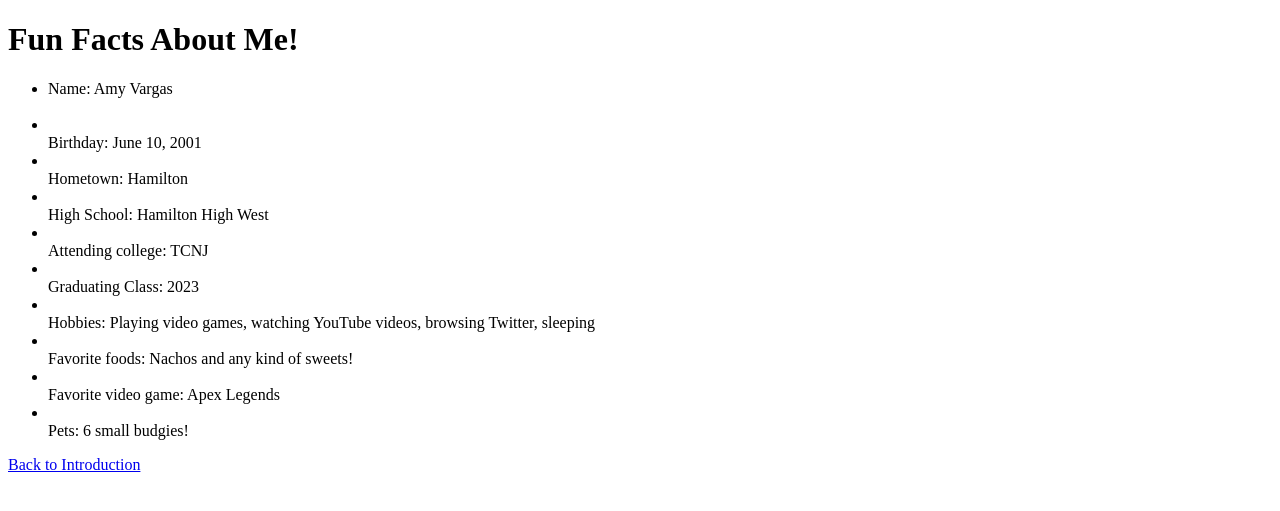
Repository: A-Vargas-GP/imm_my_website
Page: personal_site/personal/personal_facts.html
The author's editor kept a record of every edit. The page is drawn from the files as they stood at one moment, then again after the next edit.
The browser window is 1280 px wide. The pictures show the whole page.

Above is the page before.

### personal_site/personal/personal_facts.html
<!DOCTYPE html>
<html>
    <head> <meta charset = "utf-8">
        <title> All about Me! </title>
    </head>

    <body>
        <h1> Fun Facts About Me! </h1>

            <ul>
                <li> Name: Amy Vargas </li>
                </br>
                <li> </li>Birthday: June 10, 2001
                </br>
                <li> </li>Hometown: Hamilton
                </br>
                <li> </li>High School: Hamilton High West
                </br>
                <li> </li>Attending college: TCNJ
                </br>
                <li> </li>Graduating Class: 2023
                </br>
                <li> </li>Hobbies: Playing video games, watching YouTube videos, browsing Twitter, sleeping
                </br>
                <li> </li>Favorite foods: Nachos and any kind of sweets!
                </br>
                <li> </li>Favorite video game: Apex Legends
                </br>
                <li> </li>Pets: 6 small budgies!
            </ul>

        <a href = "../introduction.html"> Back to Introduction </a>
    </body>
</html>

After the next edit:
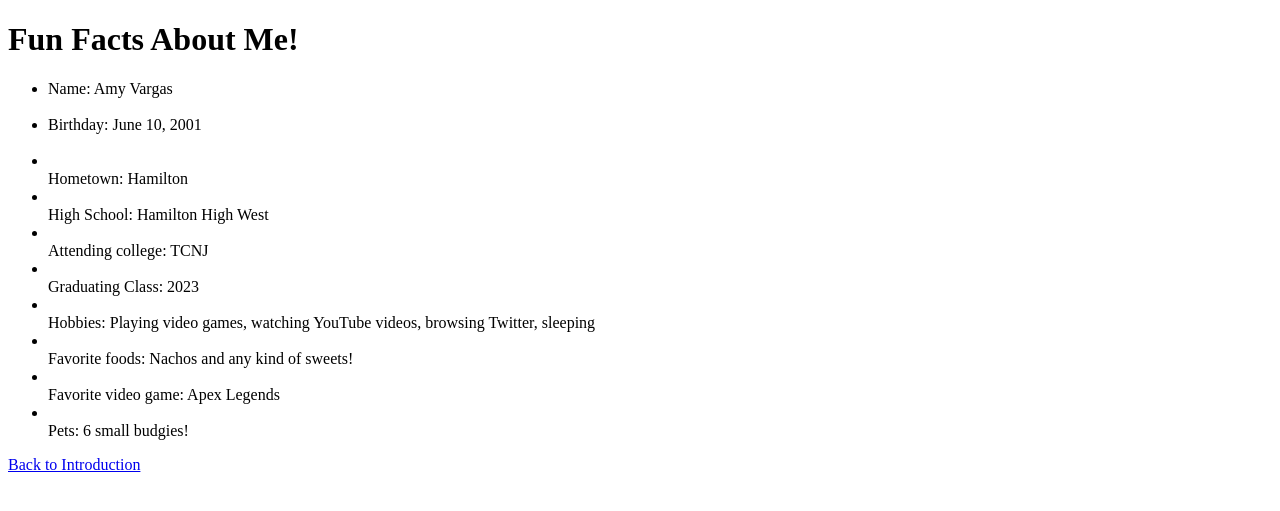
The edit:
--- a/personal_site/personal/personal_facts.html
+++ b/personal_site/personal/personal_facts.html
@@ -10,7 +10,7 @@
             <ul>
                 <li> Name: Amy Vargas </li>
                 </br>
-                <li> </li>Birthday: June 10, 2001
+                <li> Birthday: June 10, 2001 </li>
                 </br>
                 <li> </li>Hometown: Hamilton
                 </br>
